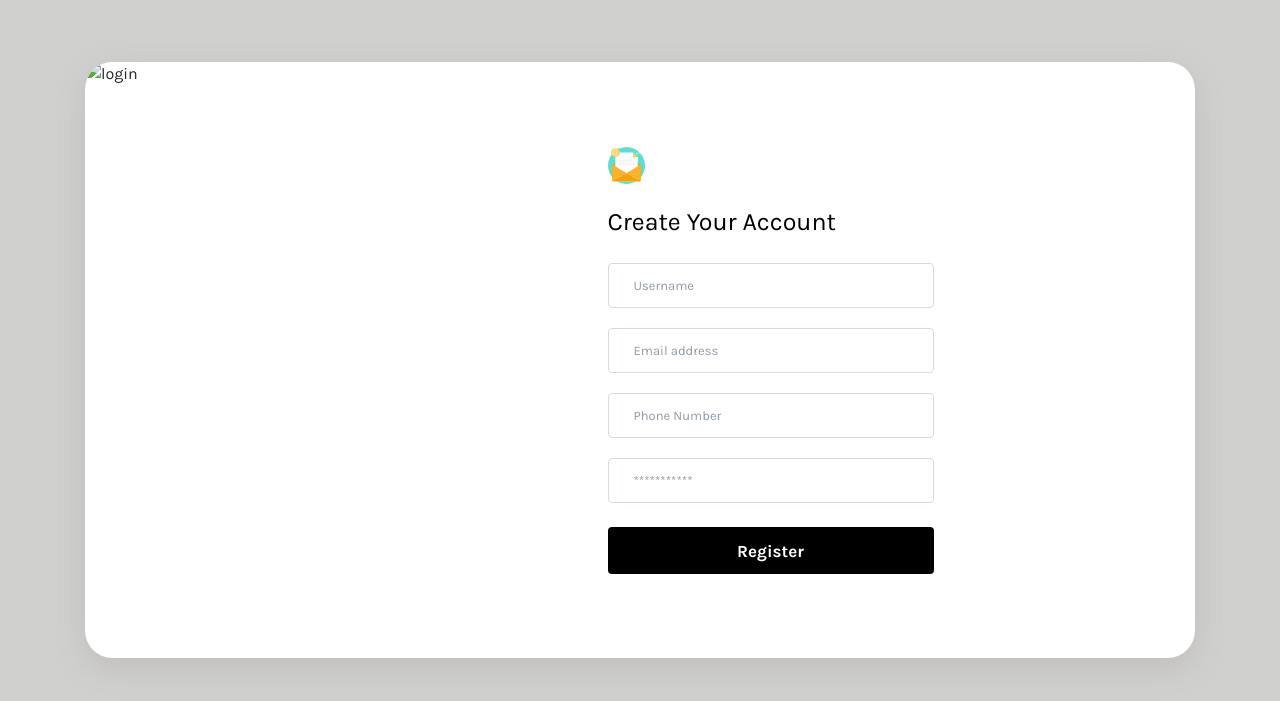
Repository: sara55m/Login
Page: http://localhost/register
An editor plug-in stored every save of this project. The page is shown before and after the next save, followed by the edit.
The browser window is 1280 px wide. The pictures show the whole page.
Some web libraries are served in a nearby version. The page is served by the project's Laravel application, run on PHP 8.4 with Laravel 10. Other server files are loaded and not shown.

Above is the page before, as saved 2024-03-01 18:28:55.

### routes/web.php
<?php

use Illuminate\Support\Facades\Route;
use App\Http\Controllers\RegisterController;

/*
|--------------------------------------------------------------------------
| Web Routes
|--------------------------------------------------------------------------
|
| Here is where you can register web routes for your application. These
| routes are loaded by the RouteServiceProvider and all of them will
| be assigned to the "web" middleware group. Make something great!
|
*/

Route::get('/', function () {
    return view('welcome');
});


Route::get('/register', [RegisterController::class,'create']);


Route::get('/register/store', [RegisterController::class,'store']);

### app/Http/Controllers/RegisterController.php
<?php

namespace App\Http\Controllers;

use Illuminate\Http\Request;

class RegisterController extends Controller
{
    public function create(){
        return view('register');
    }
    public function store(Request $request){
        return $request->all();

    }
}

### resources/views/register.blade.php
<!DOCTYPE html>
<html lang="en">
<head>
  <meta charset="UTF-8">
  <meta name="viewport" content="width=device-width, initial-scale=1.0">
  <meta http-equiv="X-UA-Compatible" content="ie=edge">
  <title>Register Template</title>
  <link href="https://fonts.googleapis.com/css?family=Karla:400,700&display=swap" rel="stylesheet">
  <link rel="stylesheet" href="https://cdn.materialdesignicons.com/4.8.95/css/materialdesignicons.min.css">
  <link rel="stylesheet" href="https://stackpath.bootstrapcdn.com/bootstrap/4.4.1/css/bootstrap.min.css">
  <link rel="stylesheet" href="assets/css/login.css">
</head>
<body>
  <main class="d-flex align-items-center min-vh-100 py-3 py-md-0">
    <div class="container">
      <div class="card login-card">
        <div class="row no-gutters">
          <div class="col-md-5">
            <img src="assets/images/login.jpg" alt="login" class="login-card-img">
          </div>
          <div class="col-md-7">
            <div class="card-body">
              <div class="brand-wrapper">
                <img src="assets/images/email.svg" alt="logo" class="logo">
              </div>
              <p class="login-card-description">Create Your Account</p>
              <form action="/register/store" method="post">
                @csrf
                <div class="form-group">
                    <label for="username" class="sr-only">Username</label>
                    <input type="text" name="username" id="username" class="form-control" placeholder="Username">
                  </div>
                  <div class="form-group">
                    <label for="email" class="sr-only">Email</label>
                    <input type="email" name="email" id="email" class="form-control" placeholder="Email address">
                  </div>

                  <div class="form-group">
                    <label for="phone" class="sr-only">Phone</label>
                    <input type="text" name="phone" id="phone" class="form-control" placeholder="Phone Number">
                  </div>
                  <div class="form-group mb-4">
                    <label for="password" class="sr-only">Password</label>
                    <input type="password" name="password" id="password" class="form-control" placeholder="***********">
                  </div>
                  <input name="register" id="register" class="btn btn-block login-btn mb-4" type="button" value="Register">
                </form>


                </nav>
            </div>
          </div>
        </div>
      </div>
      <!-- <div class="card login-card">
        <img src="assets/images/login.jpg" alt="login" class="login-card-img">
        <div class="card-body">
          <h2 class="login-card-title">Login</h2>
          <p class="login-card-description">Sign in to your account to continue.</p>
          <form action="#!">
            <div class="form-group">
              <label for="email" class="sr-only">Email</label>
              <input type="email" name="email" id="email" class="form-control" placeholder="Email">
            </div>
            <div class="form-group">
              <label for="password" class="sr-only">Password</label>
              <input type="password" name="password" id="password" class="form-control" placeholder="Password">
            </div>
            <div class="form-prompt-wrapper">
              <div class="custom-control custom-checkbox login-card-check-box">
                <input type="checkbox" class="custom-control-input" id="customCheck1">
                <label class="custom-control-label" for="customCheck1">Remember me</label>
              </div>
              <a href="#!" class="text-reset">Forgot password?</a>
            </div>
            <input name="login" id="login" class="btn btn-block login-btn mb-4" type="button" value="Login">
          </form>
          <p class="login-card-footer-text">Don't have an account? <a href="#!" class="text-reset">Register here</a></p>
        </div>
      </div> -->
    </div>
  </main>
  <script src="https://code.jquery.com/jquery-3.4.1.min.js"></script>
  <script src="https://cdn.jsdelivr.net/npm/popper.js@1.16.0/dist/umd/popper.min.js"></script>
  <script src="https://stackpath.bootstrapcdn.com/bootstrap/4.4.1/js/bootstrap.min.js"></script>
</body>
</html>

### public/assets/css/login.css
body {
  font-family: "Karla", sans-serif;
  background-color: #d0d0ce;
  min-height: 100vh; }

.brand-wrapper {
  margin-bottom: 19px; }
  .brand-wrapper .logo {
    height: 37px; }

.login-card {
  border: 0;
  border-radius: 27.5px;
  box-shadow: 0 10px 30px 0 rgba(172, 168, 168, 0.43);
  overflow: hidden; }
  .login-card-img {
    border-radius: 0;
    position: absolute;
    width: 100%;
    height: 100%;
    -o-object-fit: cover;
       object-fit: cover; }
  .login-card .card-body {
    padding: 85px 60px 60px; }
    @media (max-width: 422px) {
      .login-card .card-body {
        padding: 35px 24px; } }
  .login-card-description {
    font-size: 25px;
    color: #000;
    font-weight: normal;
    margin-bottom: 23px; }
  .login-card form {
    max-width: 326px; }
  .login-card .form-control {
    border: 1px solid #d5dae2;
    padding: 15px 25px;
    margin-bottom: 20px;
    min-height: 45px;
    font-size: 13px;
    line-height: 15;
    font-weight: normal; }
    .login-card .form-control::-webkit-input-placeholder {
      color: #919aa3; }
    .login-card .form-control::-moz-placeholder {
      color: #919aa3; }
    .login-card .form-control:-ms-input-placeholder {
      color: #919aa3; }
    .login-card .form-control::-ms-input-placeholder {
      color: #919aa3; }
    .login-card .form-control::placeholder {
      color: #919aa3; }
  .login-card .login-btn {
    padding: 13px 20px 12px;
    background-color: #000;
    border-radius: 4px;
    font-size: 17px;
    font-weight: bold;
    line-height: 20px;
    color: #fff;
    margin-bottom: 24px; }
    .login-card .login-btn:hover {
      border: 1px solid #000;
      background-color: transparent;
      color: #000; }
  .login-card .forgot-password-link {
    font-size: 14px;
    color: #919aa3;
    margin-bottom: 12px; }
  .login-card-footer-text {
    font-size: 16px;
    color: #0d2366;
    margin-bottom: 60px; }
    @media (max-width: 767px) {
      .login-card-footer-text {
        margin-bottom: 24px; } }
  .login-card-footer-nav a {
    font-size: 14px;
    color: #919aa3; }

/*# sourceMappingURL=login.css.map */

### public/assets/images/email.svg
<?xml version="1.0" encoding="iso-8859-1"?>
<!-- Generator: Adobe Illustrator 19.0.0, SVG Export Plug-In . SVG Version: 6.00 Build 0)  -->
<svg version="1.1" id="Layer_1" xmlns="http://www.w3.org/2000/svg" xmlns:xlink="http://www.w3.org/1999/xlink" x="0px" y="0px"
	 viewBox="0 0 512 512" style="enable-background:new 0 0 512 512;" xml:space="preserve">
<path style="fill:#5DDDD3;" d="M255.999,0C397.385,0,512,114.613,512,256.001C512,397.385,397.385,512,255.999,512
	S0,397.385,0,256.001C0,114.613,114.615,0,255.999,0z"/>
<g>
	<path style="fill:#F5A209;" d="M450.359,244.56H61.643l194.358-114.723L450.359,244.56z"/>
	<path style="fill:#F5A209;" d="M61.641,244.56h388.716v229.45H61.641V244.56z"/>
</g>
<path style="fill:#FFFFFF;" d="M101.578,77.635h244.43l64.413,64.413v331.965H101.578V77.637V77.635z"/>
<path style="fill:#ECF0F1;" d="M148.146,162.641h215.701v4.864H148.146V162.641z M148.146,215.039L148.146,215.039h215.701v4.868
	H148.146V215.039z M148.146,224.064L148.146,224.064h215.701v4.866H148.146V224.064z M148.146,233.088L148.146,233.088h215.701
	v4.864H148.146V233.088z M148.146,242.113L148.146,242.113h215.712v4.864H148.146V242.113z M148.146,171.665L148.146,171.665
	h215.701v4.866H148.146V171.665z M148.146,180.69L148.146,180.69h215.701v4.866H148.146V180.69z M148.146,189.714L148.146,189.714
	h215.712v4.864H148.146V189.714z M148.144,198.739L148.144,198.739h165.225v4.864H148.144V198.739z M148.144,251.139
	L148.144,251.139h165.225v4.866H148.144V251.139z"/>
<path style="fill:#FFCA4F;" d="M346.01,77.635v64.413h64.413L346.01,77.635z"/>
<path style="fill:#B3B3B3;" d="M218.214,426.22h73.188v7.15h-73.188V426.22z"/>
<g>
	<path style="fill:#FBB429;" d="M61.641,244.56l194.358,114.723L61.641,474.01V244.56z"/>
	<path style="fill:#FBB429;" d="M450.359,244.56L256.001,359.283L450.359,474.01V244.56z"/>
</g>
<path style="fill:#F5A209;" d="M255.999,359.283L61.641,474.01h388.716L255.999,359.283z"/>
<path style="fill:#F7FAFA;" d="M410.42,206.456v-64.41h-64.41L410.42,206.456z"/>
<path style="fill:#FFCA4F;" d="M103.842,16.605c33.759,0,61.127,27.367,61.127,61.127s-27.369,61.127-61.127,61.127
	c-33.761,0-61.127-27.369-61.127-61.127C42.715,43.971,70.083,16.605,103.842,16.605z"/>
<g>
	<path style="fill:#FFFFFF;" d="M108.481,93.852c-1.905,2.207-4.039,3.98-6.412,5.318c-2.359,1.336-4.732,1.998-7.106,1.998
		c-2.615,0-5.153-0.765-7.631-2.282c-2.463-1.532-4.46-3.876-6.008-7.047c-1.548-3.168-2.313-6.654-2.313-10.44
		c0-4.67,1.202-9.342,3.59-14.029c2.388-4.67,5.36-8.184,8.908-10.544c3.545-2.344,7-3.515,10.334-3.515
		c2.553,0,4.987,0.659,7.313,1.998c2.315,1.338,4.313,3.38,5.98,6.099l1.548-6.835h7.84l-6.339,29.56
		c-0.889,4.116-1.323,6.383-1.323,6.817c0,0.798,0.3,1.488,0.902,2.059c0.602,0.571,1.336,0.855,2.176,0.855
		c1.561,0,3.605-0.886,6.129-2.674c3.349-2.344,6.008-5.483,7.962-9.432c1.951-3.936,2.926-7.99,2.926-12.182
		c0-4.897-1.261-9.463-3.768-13.699c-2.509-4.249-6.264-7.644-11.251-10.2c-4.97-2.538-10.484-3.814-16.508-3.814
		c-6.879,0-13.172,1.607-18.852,4.807c-5.693,3.215-10.109,7.812-13.231,13.805c-3.142,5.995-4.703,12.42-4.703,19.286
		c0,7.181,1.561,13.355,4.688,18.536c3.138,5.197,7.66,9.027,13.577,11.505c5.918,2.476,12.466,3.709,19.663,3.709
		c7.706,0,14.149-1.29,19.345-3.889c5.197-2.582,9.086-5.739,11.672-9.448h7.929c-1.501,3.08-4.07,6.233-7.704,9.432
		c-3.636,3.199-7.962,5.739-12.978,7.6c-5.018,1.863-11.071,2.794-18.131,2.794c-6.52,0-12.528-0.842-18.025-2.509
		c-5.512-1.667-10.197-4.176-14.074-7.523c-3.876-3.365-6.791-7.228-8.758-11.582c-2.463-5.541-3.695-11.52-3.695-17.934
		c0-7.135,1.473-13.952,4.403-20.426c3.587-7.931,8.681-14.014,15.275-18.236c6.595-4.22,14.585-6.324,23.989-6.324
		c7.285,0,13.833,1.486,19.632,4.46c5.799,2.974,10.38,7.404,13.714,13.293c2.855,5.062,4.282,10.577,4.282,16.523
		c0,8.502-2.99,16.043-8.967,22.635c-5.349,5.92-11.176,8.879-17.513,8.879c-2.031,0-3.651-0.317-4.897-0.933
		c-1.248-0.615-2.161-1.502-2.749-2.659C108.933,96.93,108.664,95.653,108.481,93.852z M87.123,81.954L87.123,81.954
		c0,4.026,0.961,7.148,2.871,9.373c1.905,2.238,4.086,3.349,6.562,3.349c1.638,0,3.365-0.498,5.197-1.473
		c1.817-0.992,3.561-2.447,5.214-4.385c1.665-1.938,3.018-4.401,4.07-7.375c1.065-2.974,1.592-5.962,1.592-8.965
		c0-3.982-0.992-7.091-2.974-9.285c-1.982-2.207-4.403-3.305-7.241-3.305c-1.876,0-3.651,0.481-5.318,1.427
		c-1.654,0.961-3.259,2.494-4.82,4.61c-1.548,2.103-2.809,4.67-3.742,7.706c-0.946,3.018-1.411,5.797-1.411,8.321V81.954z"/>
	<path style="fill:#FFFFFF;" d="M473.318,59.119l18.644,16.812l1.707,1.539l-1.707,1.537l-18.644,16.812l-2.767-3.074l14.638-13.203
		h-68.45v-4.145h68.45l-14.638-13.203l2.767-3.074V59.119z"/>
	<path style="fill:#FFFFFF;" d="M405.645,70.798l-18.642,16.814l-1.707,1.537l1.707,1.539l18.642,16.814l2.767-3.076l-14.638-13.203
		h68.45v-4.143h-68.45l14.638-13.205l-2.767-3.076V70.798z"/>
</g>
<g>
</g>
<g>
</g>
<g>
</g>
<g>
</g>
<g>
</g>
<g>
</g>
<g>
</g>
<g>
</g>
<g>
</g>
<g>
</g>
<g>
</g>
<g>
</g>
<g>
</g>
<g>
</g>
<g>
</g>
</svg>

Loaded but not shown: app/Http/Controllers/Controller.php (common file)

After the next save:
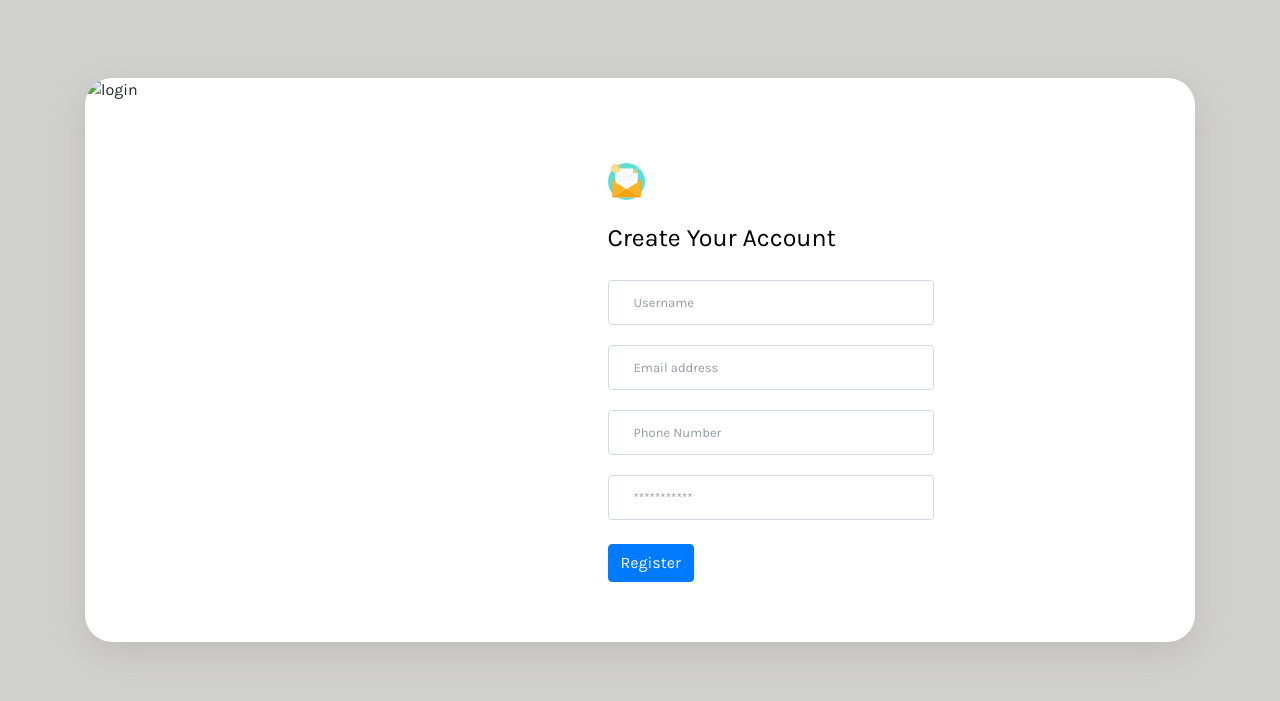
Saved 103 s later.
--- a/resources/views/register.blade.php
+++ b/resources/views/register.blade.php
@@ -43,7 +43,7 @@
                     <label for="password" class="sr-only">Password</label>
                     <input type="password" name="password" id="password" class="form-control" placeholder="***********">
                   </div>
-                  <input name="register" id="register" class="btn btn-block login-btn mb-4" type="button" value="Register">
+                  <button type="button" class="btn btn-primary" name="register">Register</button>
                 </form>
 
 
